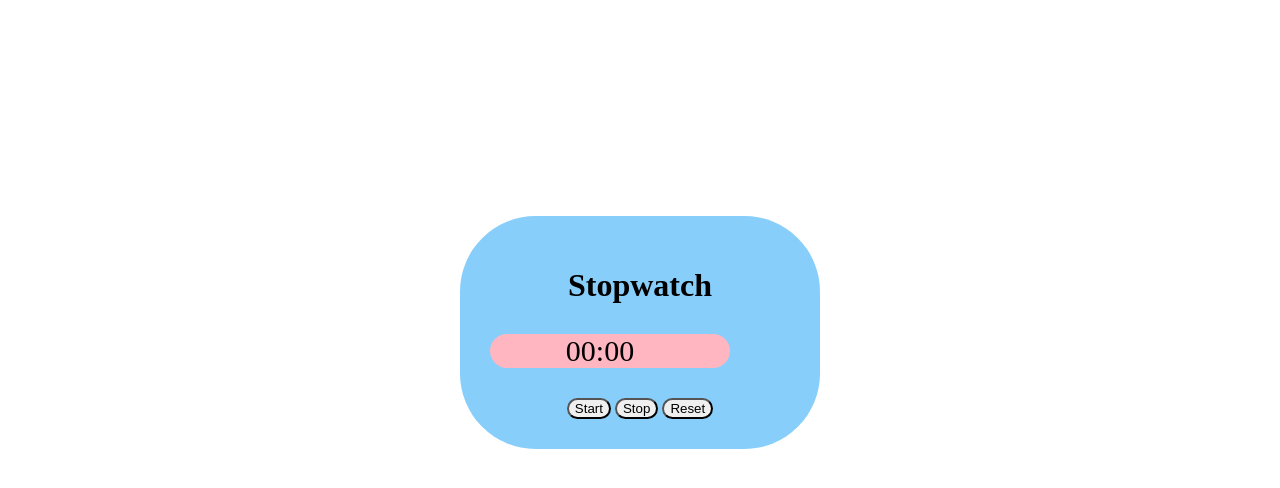
Repository: LeyaAbraham/web-dev
Page: clock.html
These files come from the project's save history. The page is drawn as it stood at one moment and after the next save; the edit follows.
The browser window is 1280 px wide. The pictures show the whole page.

Above is the page before, as saved 2021-01-05 23:20:08.

After the next save:
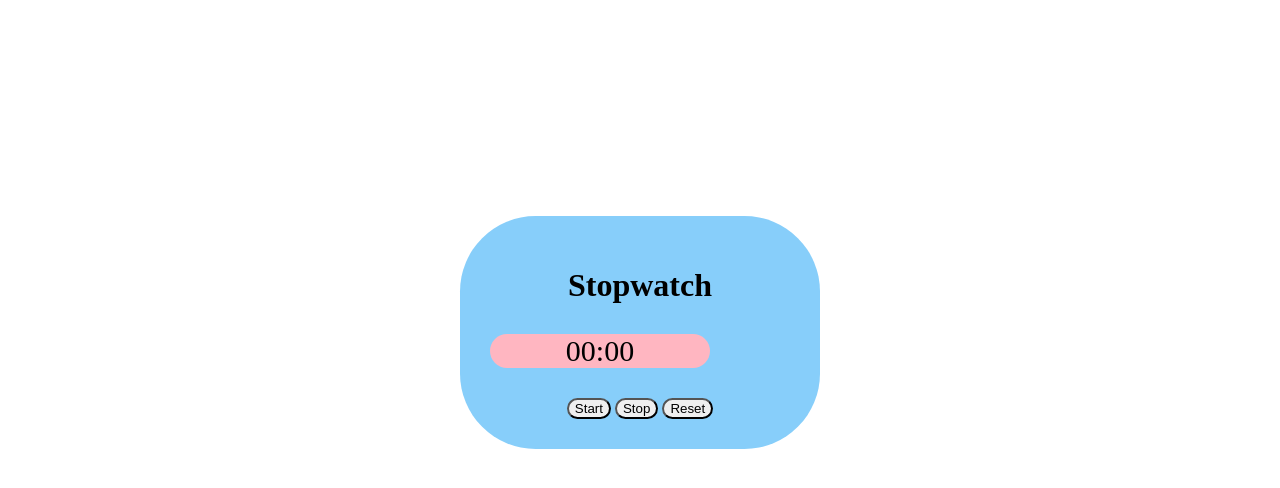
Saved 7 s later.
--- a/style.css
+++ b/style.css
@@ -29,7 +29,7 @@ p {
     width: 100px;
     border-radius: 1cm;
     text-align: center;
-    padding-right: 80px;
+    padding-right: 60px;
     padding-left: 60px;
 
 }
